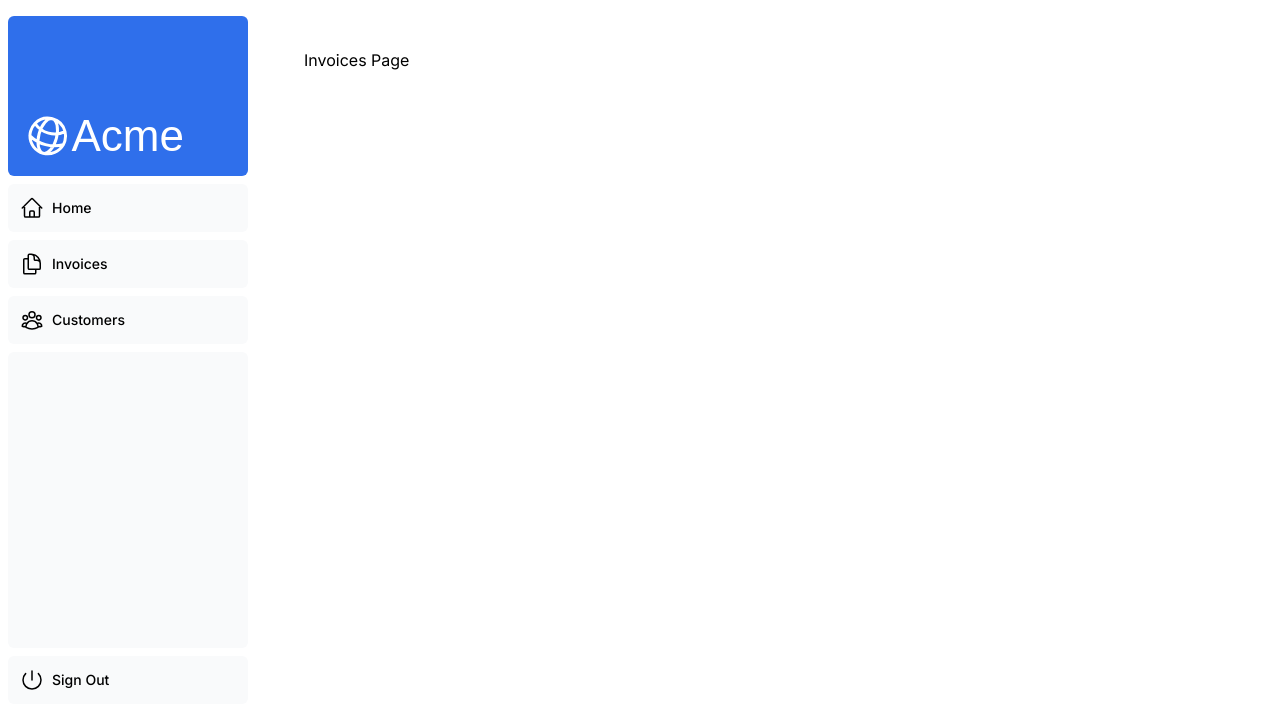
Repository: xnxnxnxn/nextjs-dashboard
Page: /dashboard/invoices
These files come from the project's save history. The page is drawn as it stood at one moment and after the next save; the edit follows.
The browser window is 1280 px wide. The pictures show the whole page.
Some web fonts or font styles are not loaded; a fallback is used. The project was rebuilt for these pictures with package versions that can differ from the ones it lists, and the page was loaded fresh each time. The framework's server and built-in components were replaced by stand-ins that run in the browser. Also part of the build but not shown: next.config.mjs.

Above is the page before, as saved 2024-08-15 09:01:35.

After the next save:
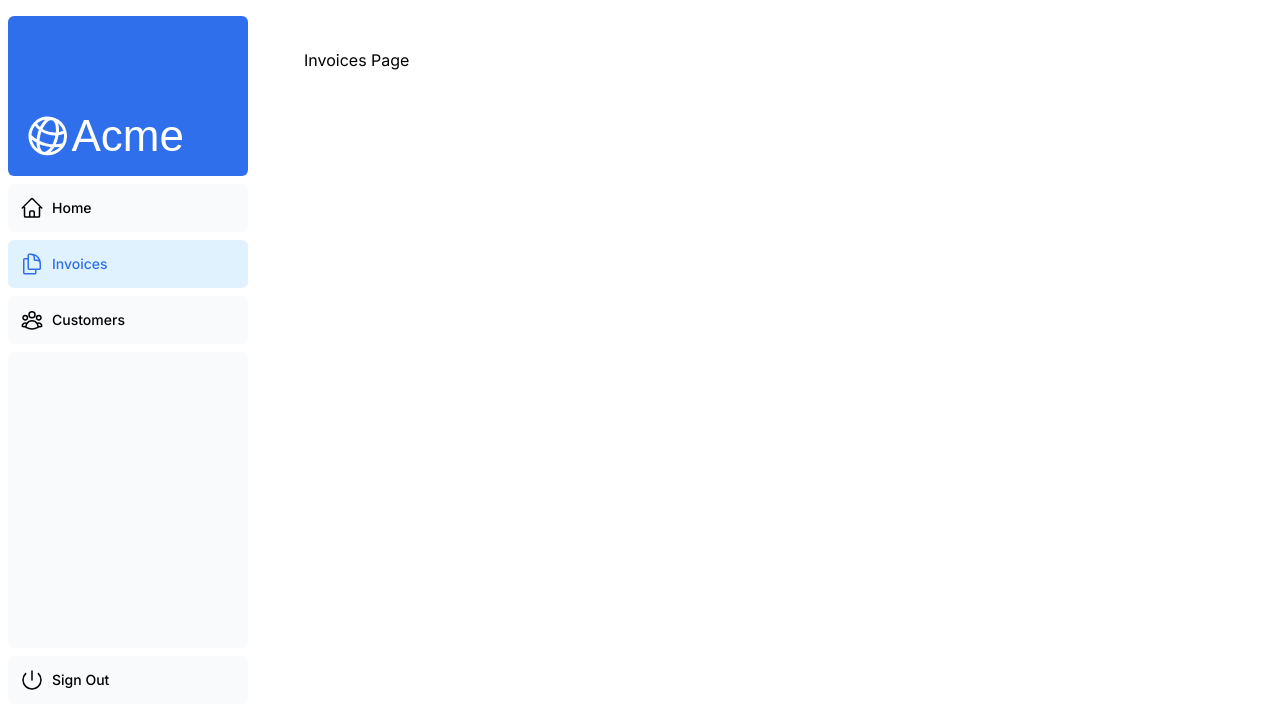
Saved 39 s later.
--- a/app/ui/dashboard/nav-links.tsx
+++ b/app/ui/dashboard/nav-links.tsx
@@ -2,6 +2,7 @@
 import { UserGroupIcon, HomeIcon, DocumentDuplicateIcon } from "@heroicons/react/24/outline";
 import Link from "next/link";
 import { usePathname } from "next/navigation";
+import clsx from "clsx";
 
 // Map of links to display in the side navigation.
 // Depending on the size of the application, this would be stored in a database.
@@ -25,7 +26,9 @@
           <Link
             key={link.name}
             href={link.href}
-            className="flex h-[48px] grow items-center justify-center gap-2 rounded-md bg-gray-50 p-3 text-sm font-medium hover:bg-sky-100 hover:text-blue-600 md:flex-none md:justify-start md:p-2 md:px-3"
+            className={clsx("flex h-[48px] grow items-center justify-center gap-2 rounded-md bg-gray-50 p-3 text-sm font-medium hover:bg-sky-100 hover:text-blue-600 md:flex-none md:justify-start md:p-2 md:px-3", {
+              "bg-sky-100 text-blue-600": pathname === link.href,
+            })}
           >
             <LinkIcon className="w-6" />
             <p className="hidden md:block">{link.name}</p>

After the 2 saves that followed:
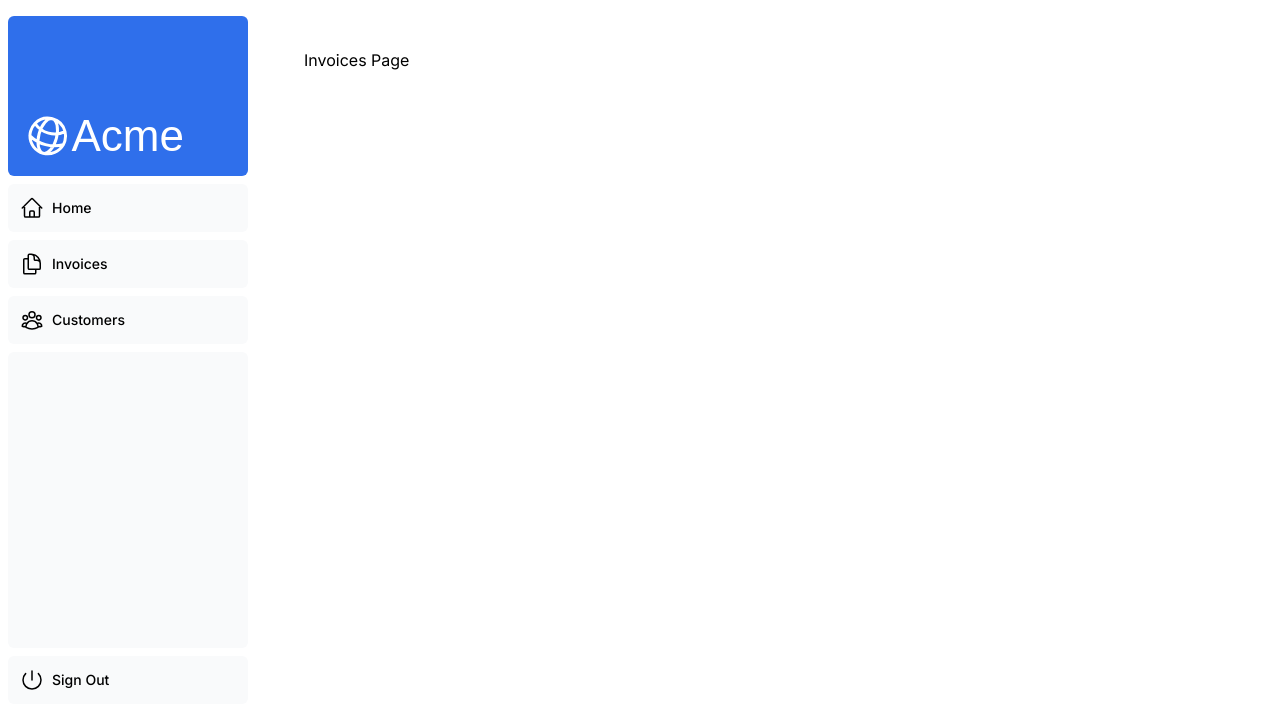
The 2 saves are shown as one change because 1 did not build or start.
The last was saved 40 s later.
--- a/app/ui/dashboard/nav-links.tsx
+++ b/app/ui/dashboard/nav-links.tsx
@@ -1,7 +1,7 @@
 "use client";
 import { UserGroupIcon, HomeIcon, DocumentDuplicateIcon } from "@heroicons/react/24/outline";
 import Link from "next/link";
-import { usePathname } from "next/navigation";
+// import { usePathname } from "next/navigation";
 import clsx from "clsx";
 
 // Map of links to display in the side navigation.
@@ -17,7 +17,7 @@
 ];
 
 export default function NavLinks() {
-  const pathname = usePathname();
+  // const pathname = usePathname();
   return (
     <>
       {links.map((link) => {
@@ -27,7 +27,7 @@
             key={link.name}
             href={link.href}
             className={clsx("flex h-[48px] grow items-center justify-center gap-2 rounded-md bg-gray-50 p-3 text-sm font-medium hover:bg-sky-100 hover:text-blue-600 md:flex-none md:justify-start md:p-2 md:px-3", {
-              "bg-sky-100 text-blue-600": pathname === link.href,
+              // "bg-sky-100 text-blue-600": pathname === link.href,
             })}
           >
             <LinkIcon className="w-6" />
